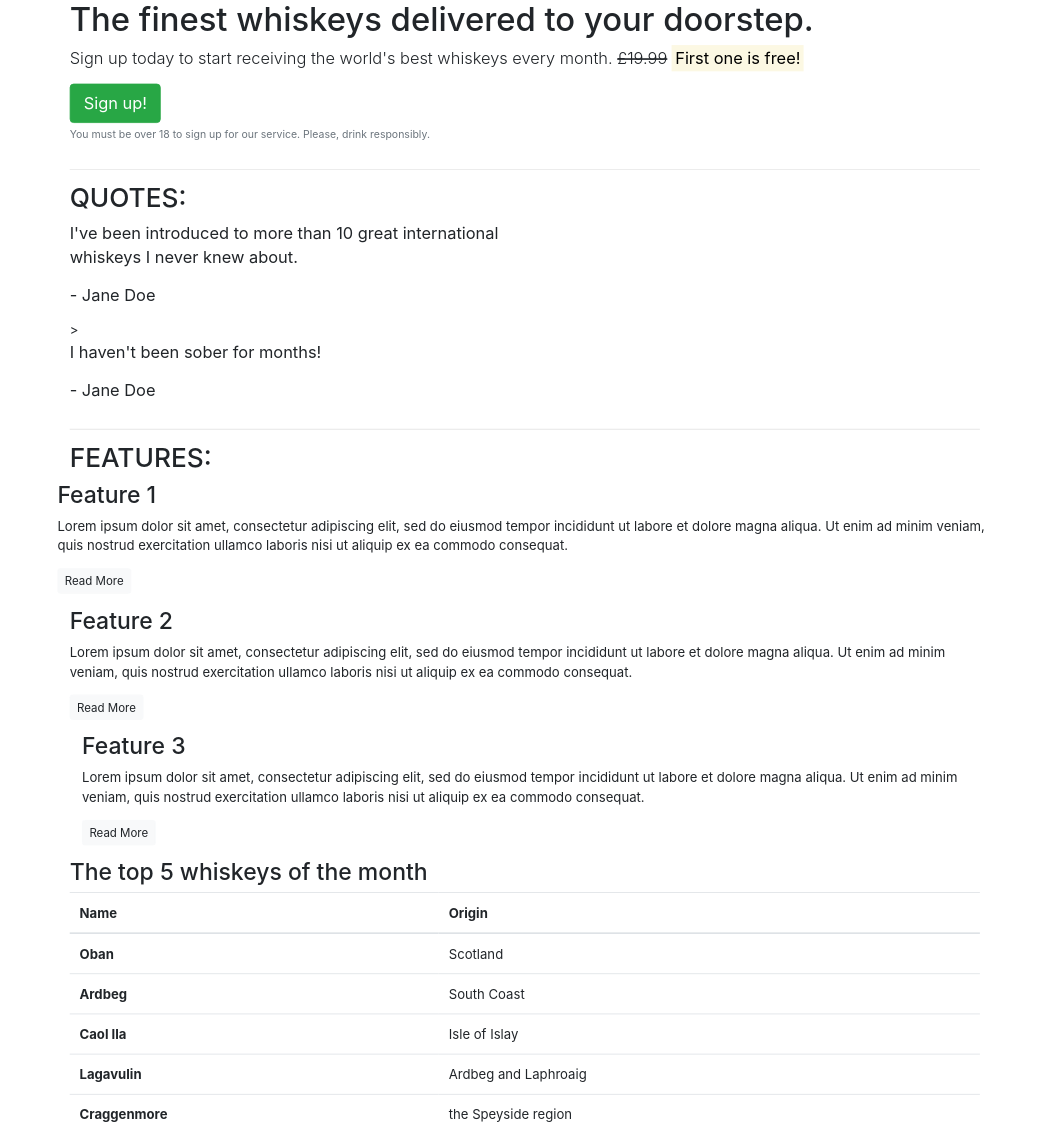
Repository: hidayatmansuri/BootStrap
Page: index.html
The author's editor kept a record of every edit. The page is drawn from the files as they stood at one moment, then again after the next edit.
The browser window is 1280 px wide. The pictures show the whole page, at 82% of full size.

Above is the page before.

After the next edit:
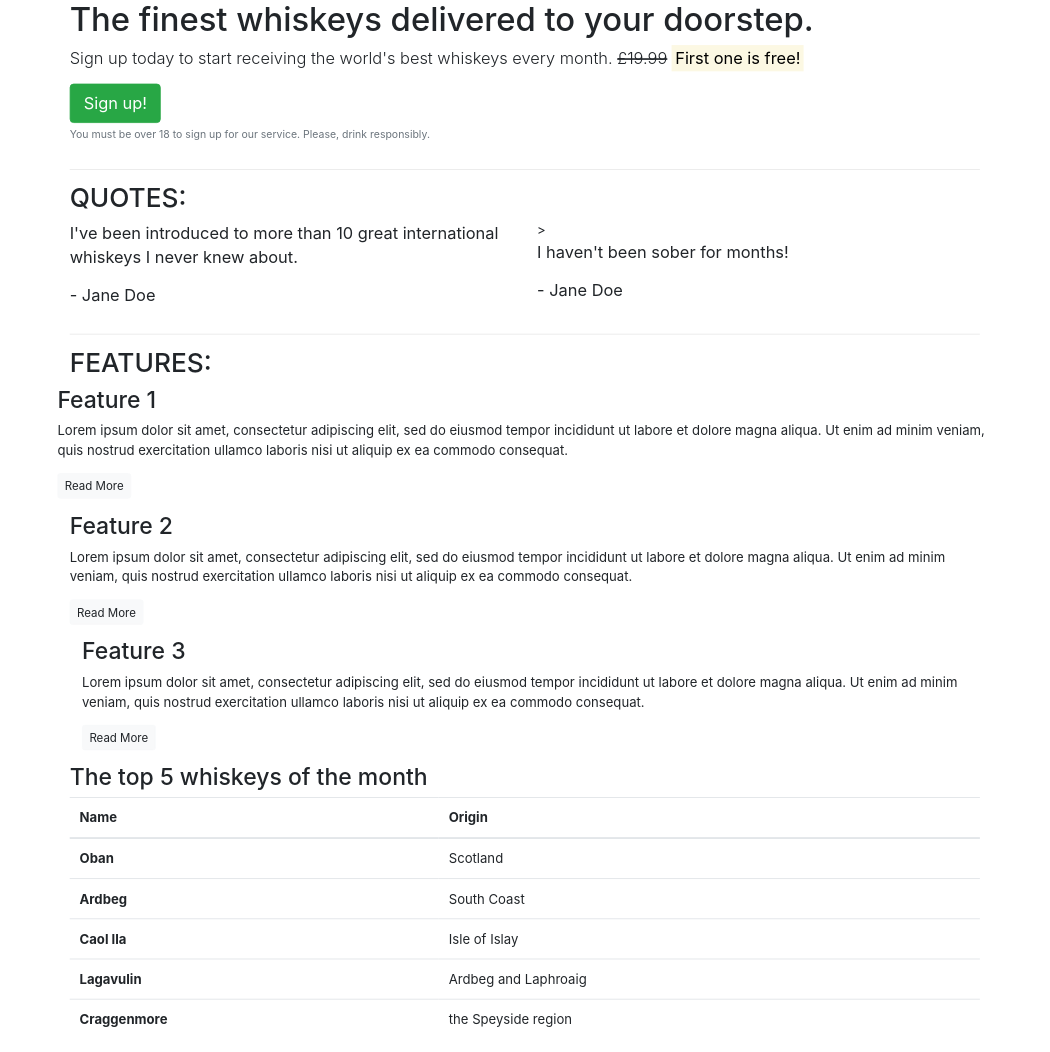
The edit:
--- a/index.html
+++ b/index.html
@@ -40,7 +40,7 @@
                         <p>- Jane Doe</p>
                     </blockquote>
                 </div>
-                <div class="col-12">>
+                <div class="col-12 col-md-6">>
                     <blockquote class="blockquote">
                         <p>I haven't been sober for months!</p>
                         <p>- Jane Doe</p>
